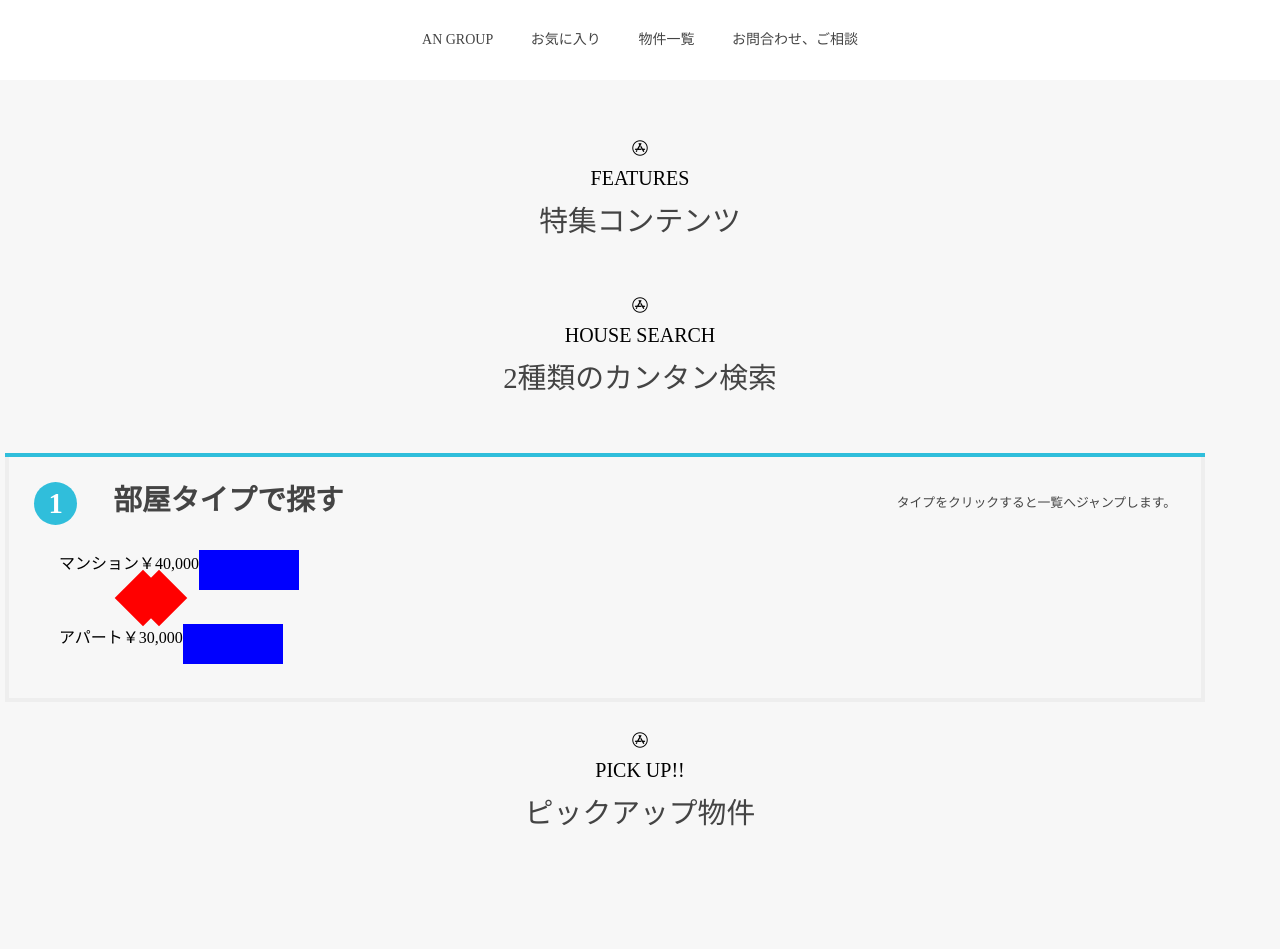
Repository: ninhdavid/real-estate
Page: index.html
An editor plug-in stored every save of this project. The page is shown before and after the next save, followed by the edit.
The browser window is 1280 px wide. The pictures show the whole page.
Some web libraries are served in a nearby version. The style sheet was rebuilt from its Sass, Less or Tailwind sources for each picture, by a compiler version that may differ from the author's.

Above is the page before, as saved 2022-05-10 21:57:28.

After the next save:
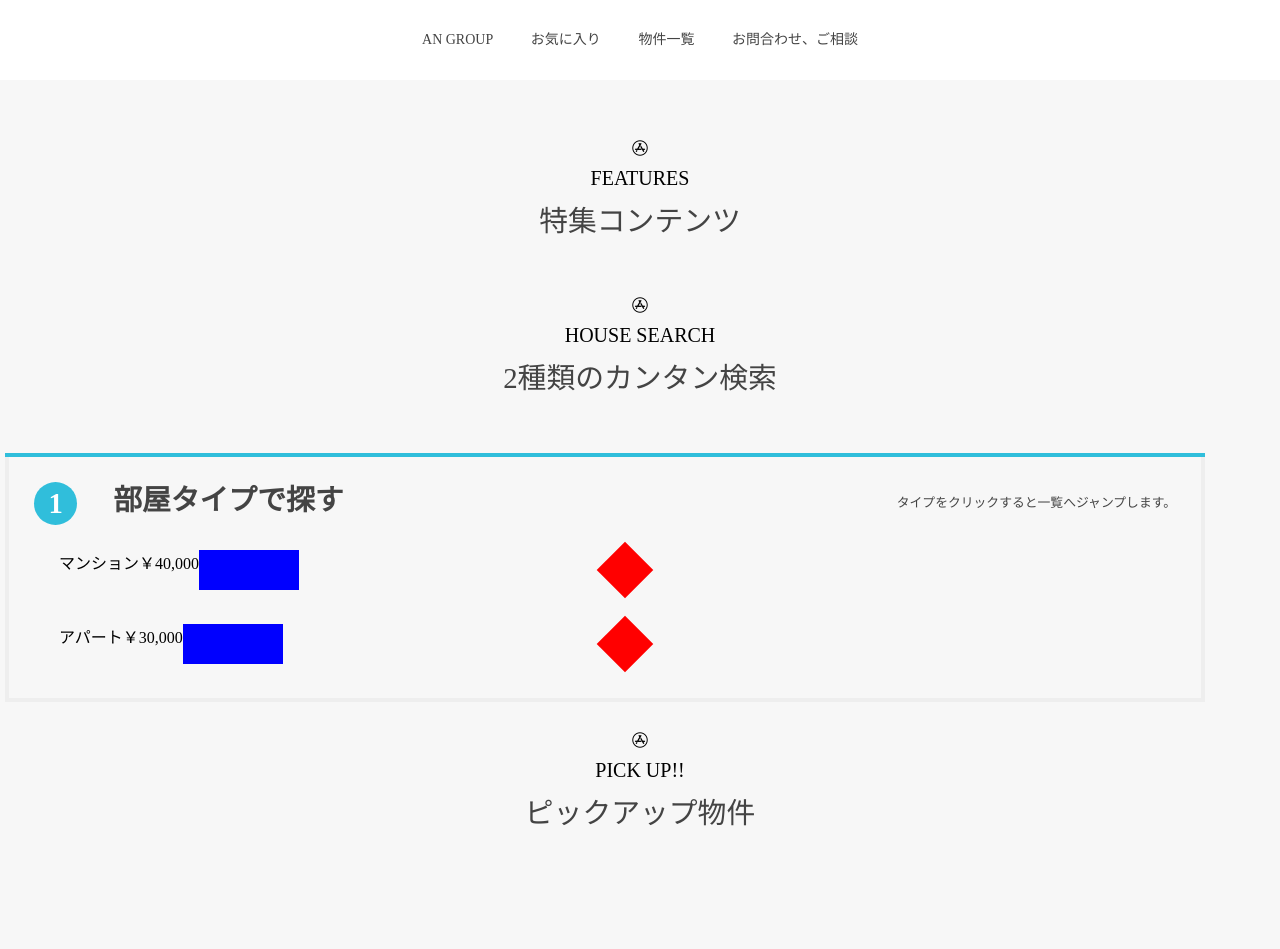
Saved 7 s later.
--- a/css/main.scss
+++ b/css/main.scss
@@ -155,7 +155,8 @@
     width: 40px;
     height:40px;
     transform: rotate(45deg);
-    top:50%;
+    left:50%;
+
 }
 .list-price:after{
     content:"";
